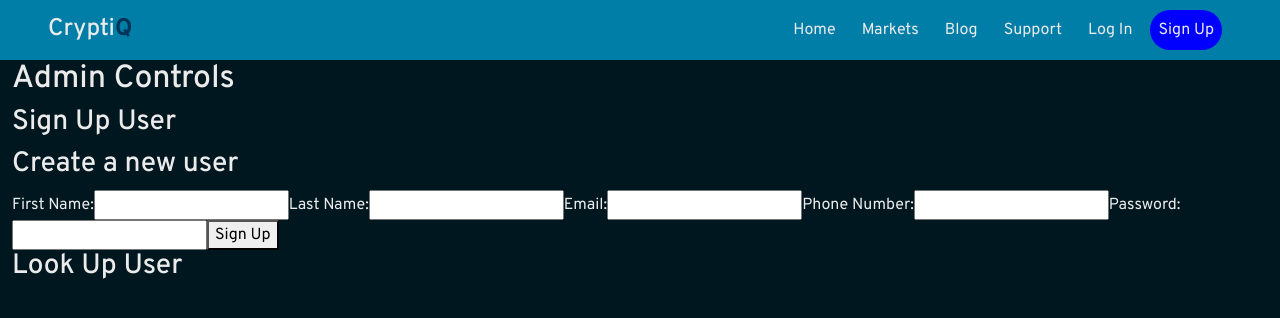
Repository: griffin1995/cryptocurrencyPlatform
Page: / (app in client/)
These files come from the project's save history. The page is drawn as it stood at one moment and after the next save; the edit follows.
The browser window is 1280 px wide. The pictures show the whole page.
The project was rebuilt for these pictures with package versions that can differ from the ones it lists, and the page was loaded fresh each time. Also part of the build but not shown: client/src/components/CoinDetails.js, client/src/components/UserDetails.js, client/src/pages/Blog.scss, client/src/pages/Blog.js, client/src/hooks/useSignUp.js, client/src/pages/SignUpUnstyled.js, client/src/hooks/useLogin.js, client/src/pages/SignUpLogIn.scss and 12 more.

Above is the page before, as saved 2024-04-07 15:14:07.

After the next save:
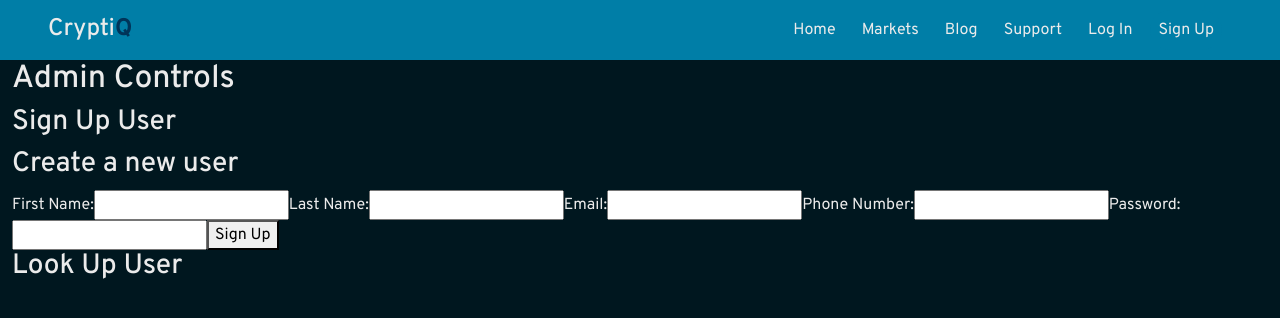
Saved 28 s later.
--- a/client/src/components/NavigationBar.scss
+++ b/client/src/components/NavigationBar.scss
@@ -13,7 +13,7 @@
 }
 
 .sign-up-btn {
-  background-color: blue;
+  background-color: #007EA7;
   border-radius: 25px;
   color: #ebebeb;
 
